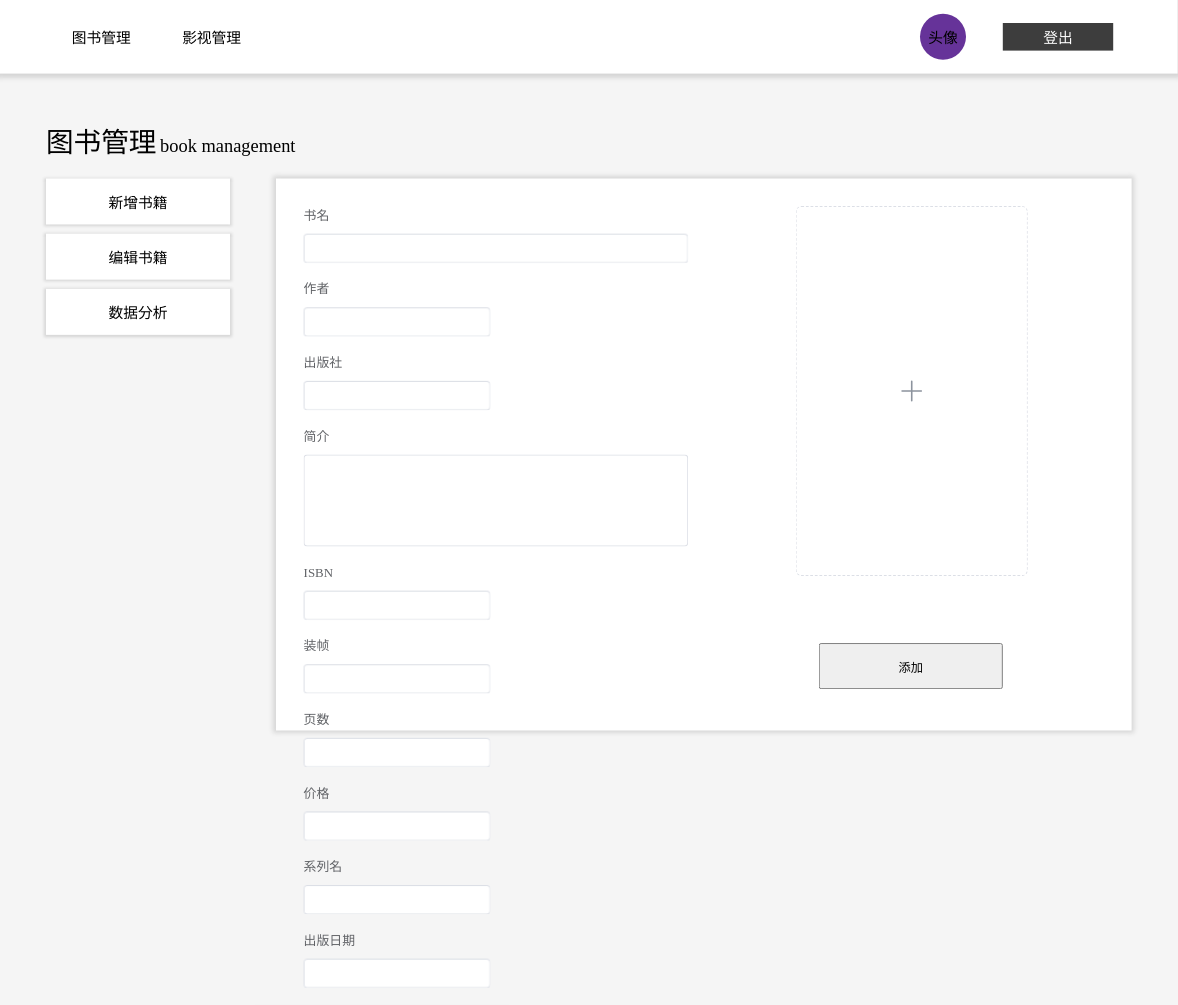
Repository: quanwangniuniu/Oasis-Reading-Platform
Page: /#/admin/books (app in Vue-frontend/)
The author's editor kept a copy of each file at every save. The page is drawn from the files as they stood at one save, then again after the next save.
The browser window is 1280 px wide. The pictures show the whole page, at 92% of full size.
Some web fonts or font styles are not loaded; a fallback is used. The project was rebuilt for these pictures with package versions that can differ from the ones it lists, and the page was loaded fresh each time. Also part of the build but not shown: Vue-frontend/vite.config.js, Vue-frontend/src/components/user/books/BookCard.vue, Vue-frontend/src/components/axios/config.js, Vue-frontend/src/components/axios/api.js, Vue-frontend/src/components/user/books/Books.vue, Vue-frontend/src/components/user/movies/Favourites.vue, Vue-frontend/src/components/user/explore/Explore.vue, Vue-frontend/src/components/user/login/Login.vue and 9 more.

Above is the page before, as saved 2023-04-13 23:25:04.

### Vue-frontend/index.html
<!DOCTYPE html>
<html lang="en">
  <head>
    <meta charset="UTF-8">
    <meta name="viewport" content="width=device-width, initial-scale=1.0">
    <title>Vite App</title>
    <style>
      *{
        padding: 0px;
        margin: 0px;
      }

      body{
        background-color: rgb(245, 245, 245);
      }
    </style>
  </head>
  <body>
    <div id="app"></div>
    <script type="module" src="/src/main.js"></script>
  </body>
</html>

### Vue-frontend/src/main.js
import { createApp } from 'vue'
import ElementPlus from 'element-plus'
import 'element-plus/dist/index.css'
import App from './App.vue'
import router from './components/router/router'
import * as ElementPlusIconsVue from '@element-plus/icons-vue'
import './assets/font/font.css'
import './assets/css/element.css'

const app = createApp(App)
app.use(router)
app.use(ElementPlus)
app.mount('#app')
for (const [key, component] of Object.entries(ElementPlusIconsVue)) {
    app.component(key, component)
  }

### Vue-frontend/src/App.vue
<script setup>
import Test from './components/Test.vue';
</script>

<template>
  <div>
    <router-view></router-view>
  </div>
</template>

<style scoped>
</style>

### Vue-frontend/src/components/router/router.js
import {createRouter, createWebHashHistory} from 'vue-router'
import Books from '../user/books/Books.vue'
import Movies from '../user/movies/Favourites.vue'
import Explore from '../user/explore/Explore.vue'
import Login from '../user/login/Login.vue'
import SpecificBook from '../user/books/SpecificBook.vue'
import User from '../User.vue'
import Admin from '../Admin.vue'
import UserInfo from '../user/info/UserInfo.vue'
import BookSearch from '../user/books/BookSearch.vue'
import Transit from '../user/books/Transit.vue'
import BookManagement from '../admin/bookManagement/BookManagement.vue'
import MovieManagement from '../admin/movieManagement/MovieManagement.vue'

import {checkUser} from './utils.js'

const router = createRouter({
    history: createWebHashHistory(),
    routes:[
        {path:'/user', component: User, alias:['/'], children:[
            {path:'books', component: Books},
            {path:'search',name:'search', component: BookSearch},
            {path:'transit',name:'transit', component: Transit},
            {path:'books/:id', component: SpecificBook,beforeEnter: checkUser},
            {path:'movies', component: Movies},
            {path:'explore', component: Explore},
            {path:'login', component: Login},
            {path:'info', component: UserInfo, beforeEnter: checkUser},
        ]},
        {path:'/admin', component: Admin,children:[
            {path:'books', component: BookManagement},
            {path:'movies', component: MovieManagement}
        ]}
    ]
})

export default router

### Vue-frontend/src/assets/font/font.css

  @font-face {
    font-family: siyuansongti;
    src: url(./Source_Han_Serif_SC_Light_Light.otf);
    font-weight: normal;
    font-style: normal;
  }

### Vue-frontend/src/assets/css/element.css
.el-textarea__inner{
    resize: none;
    height: 100px;
}


.el-upload{
    height:400px;
    width:250px;
  }

### Vue-frontend/src/components/Test.vue
<template>
  <el-upload
    class="avatar-uploader"
    action="http://127.0.0.1:5000/uploadCover"
    :show-file-list="false"
    :on-success="handleAvatarSuccess"
    :before-upload="beforeAvatarUpload"
  >
    <img v-if="imageUrl" :src="imageUrl" class="avatar" />
    <el-icon v-else class="avatar-uploader-icon"><Plus /></el-icon>
  </el-upload>

  <img src="http://127.0.0.1:5000/images/1681397591940.jpg">
</template>

<script lang="ts" setup>
import { ref } from 'vue'
import { ElMessage } from 'element-plus'
import { Plus } from '@element-plus/icons-vue'

import type { UploadProps } from 'element-plus'

const imageUrl = ref('')

const handleAvatarSuccess: UploadProps['onSuccess'] = (
  response,
  uploadFile
) => {
  console.log(response)
  imageUrl.value = URL.createObjectURL(uploadFile.raw!)
}

const beforeAvatarUpload: UploadProps['beforeUpload'] = (rawFile) => {
  if (rawFile.type !== 'image/jpeg') {
    ElMessage.error('Avatar picture must be JPG format!')
    return false
  } else if (rawFile.size / 1024 / 1024 > 2) {
    ElMessage.error('Avatar picture size can not exceed 2MB!')
    return false
  }
  return true
}

</script>

<style scoped>
.avatar-uploader .avatar {
  width: 178px;
  height: 178px;
  display: block;
}
</style>

<style>
.avatar-uploader .el-upload {
  border: 1px dashed var(--el-border-color);
  border-radius: 6px;
  cursor: pointer;
  position: relative;
  overflow: hidden;
  transition: var(--el-transition-duration-fast);
}

.avatar-uploader .el-upload:hover {
  border-color: var(--el-color-primary);
}

.el-icon.avatar-uploader-icon {
  font-size: 28px;
  color: #8c939d;
  width: 178px;
  height: 178px;
  text-align: center;
}

img{
  height: 200px;
  width:200px;
}
</style>

### Vue-frontend/src/components/Admin.vue
<script setup>
import BookManagementVue from './admin/bookManagement/BookManagement.vue';
import AdminHeader from './admin/header/AdminHeader.vue';
</script>

<template>
    <AdminHeader></AdminHeader>
    <router-view></router-view>
</template>

<style scoped>
</style>

### Vue-frontend/src/components/admin/bookManagement/BookManagement.vue
<script setup lang="ts">
import LeftBar from './LeftBar.vue';
import {ref, reactive} from 'vue'
import { ElMessage } from 'element-plus'
import { Plus } from '@element-plus/icons-vue'
import type { UploadProps } from 'element-plus'

const bookItem = reactive({
  title: '',
  author: '',
  publisher: '',
  ISBN: '',
  description: '',
  publish_year: '',
  page:'',
  binding: '',
  price:'',
  seriers:' ',
  url:''
})

const imageUrl = ref('')

const handleAvatarSuccess: UploadProps['onSuccess'] = (
  response,
  uploadFile
) => {
  bookItem.url = response.url
  console.log(bookItem)
  imageUrl.value = URL.createObjectURL(uploadFile.raw!)
}

const beforeAvatarUpload: UploadProps['beforeUpload'] = (rawFile) => {
  if (rawFile.type !== 'image/jpeg') {
    ElMessage.error('Avatar picture must be JPG format!')
    return false
  } else if (rawFile.size / 1024 / 1024 > 2) {
    ElMessage.error('Avatar picture size can not exceed 2MB!')
    return false
  }
  return true
}

</script>

<template>
  <div class="top-container">
    <div class="title">
      <span>图书管理</span>&nbsp;<span>book management</span>
    </div>
  </div>
  <div class="container">
      <LeftBar></LeftBar>
      <div class="panel">
        <div class="book-form">
          <el-form
            label-position="top"
            label-width="100px"
            :model="bookItem"
            style="max-width: 460px"
            :inline="true"
          >
            <el-form-item label="书名" style="width:420px">
              <el-input v-model="bookItem.title" />
            </el-form-item>
            <el-form-item label="作者">
              <el-input v-model="bookItem.author" />
            </el-form-item>
            <el-form-item label="出版社">
              <el-input v-model="bookItem.publisher" />
            </el-form-item>
            <el-form-item label="简介" style="width:420px">
                <el-input v-model="bookItem.description" type="textarea"/>
            </el-form-item>
            <el-form-item label="ISBN">
              <el-input v-model="bookItem.ISBN" />
            </el-form-item>
            <el-form-item label="装帧">
              <el-input v-model="bookItem.binding" />
            </el-form-item>
            <el-form-item label="页数">
              <el-input v-model="bookItem.page" />
            </el-form-item>
            <el-form-item label="价格">
              <el-input v-model="bookItem.price" />
            </el-form-item>
            <el-form-item label="系列名">
              <el-input v-model="bookItem.price" />
            </el-form-item>
            <el-form-item label="出版日期">
              <el-input v-model="bookItem.price" />
            </el-form-item>
          </el-form>
        </div>

        <div class="img-upload-and-submit">
          <div class="img-container">
            <div class="img-upload">
              <el-upload
                class="avatar-uploader"
                action="http://127.0.0.1:5000/uploadCover"
                :show-file-list="false"
                :on-success="handleAvatarSuccess"
                :before-upload="beforeAvatarUpload"
              >
                <img v-if="imageUrl" :src="imageUrl" class="avatar" />
                <el-icon v-else class="avatar-uploader-icon"><Plus /></el-icon>
              </el-upload>
            </div>
          </div>
          <div class="submit">
            <button>添加</button>
          </div>
        </div>
      </div>
  </div>

</template>

<style scoped>
.top-container{
  margin: 50px 50px 0px 50px;
  display: flex;
  justify-content: space-between;
}

.title{
  width: 400px;
  font-family: siyuansongti;
}
.container{
  display: flex;
  margin: 20px 50px 0px 50px
}

.title span:nth-child(1){
  font-size: 30px;
}
.title span:nth-child(2){
  font-size: 20px;
}

.panel{
  box-sizing: border-box;
  flex: 1;
  height: 600px;
  background-color: white;
  box-shadow: 0 0 5px 3px rgb(214, 214, 214);
  padding: 30px;
  display: flex;
}

.book-form{
  width: 450px;
}

.img-upload-and-submit{
  flex: 1;
  /* background-color: rgb(249, 203, 203); */
}

.img-container{
  width: 100%;
  height: 450px;
  /* background-color: rgb(120, 120, 241, 0.1); */
}

.img-upload{
  width: 250px;
  height: 400px;
  /* background-color: red; */
  margin: 0 auto;
}
.avatar{
  width: 250px;
  height: 400px;
}
.submit{
  height: 100px;
  width: 100%;
  display: flex;
  align-items: center;
  justify-content: center;
  /* background-color: green; */
}

.submit button{
  width: 200px;
  height: 50px;
}
</style>

### Vue-frontend/src/components/router/utils.js
export const checkUser = (from, to, next) => {
    if(localStorage.getItem('token') === null){
        next('/login')
    }else{
        next()
    }
}

### Vue-frontend/src/components/admin/header/AdminHeader.vue
<script setup>

let logout = () =>{
    localStorage.clear('token')
    localStorage.clear('type')
}

</script>

<template>
    <div>
        <div class="container">
            <div class="left">
                <div class="nav"><router-link to="/admin/books">图书管理</router-link></div>
                <div class="nav"><router-link to="/admin/movies">影视管理</router-link></div>
            </div>

            <div class="right">
                <div class="nav avata"><router-link to="/info">头像</router-link></div>
                <div class="nav login"><router-link to="/explore" @click="logout">登出</router-link></div>
            </div>

        </div>
    </div>

</template>

<style scoped>
.container{
    height: 80px;
    background-color: white;
    /* 边框模糊效果 */
    box-shadow: 0 0 5px 5px rgb(214, 214, 214);
    /* 开启flex布局 */
    display: flex;
    /* 设置元素靠右排列 */
    justify-content: space-between;
    /* 设置元素垂直居中 */
    align-items: center;
}

.left{
    display: flex;
    /* 设置元素垂直居中 */
    align-items: center;
    padding-left: 50px;
}

.right{
    display: flex;
    /* 设置元素垂直居中 */
    align-items: center;
    padding-right: 50px;
}

.nav{
    width: 80px;
    height: 30px;
    margin-left: 20px;
    margin-right: 20px;
    /* 设置nav内部a标签水平居中 */
    text-align: center;
    /* 开启flex局部 */
    display: flex;
    /* 设置nav内部a标签垂直居中 */
    align-items: center;
}

.nav a{
    width: 80px;
    /* 清除a标签默认样式 */
    text-decoration: none;
    color: black;

}

.login{
    width: 120px;
    background-color: rgb(61, 61, 61);
}

.login a{
    width: 1200px;
    color: white;
}

.avata{
    width: 50px;
    height: 50px;
    border-radius: 50%;
    background-color: rebeccapurple;
}


</style>

### Vue-frontend/src/components/admin/bookManagement/LeftBar.vue
<script setup>

</script>

<template>
    <div class="leftbar-container">
        <div class="card">
            新增书籍
        </div>
        <div class="card">
            编辑书籍
        </div>
        <div class="card">
            数据分析
        </div>
    </div>

</template>

<style scoped>
.leftbar-container{
    width: 250px;
    height: 600px;
}

.card{
    width: 200px;
    height: 50px;
    background: white;
    /* 设置卡片阴影 */
    box-shadow: 0px 1px 3px 2px rgb(214, 214, 214);
    /* 开启flex布局 文字水平垂直居中 */
    display: flex;
    justify-content: center;
    align-items:center;
    margin-bottom: 10px;
}

.card:hover{
    transform:scale(1.1);
}
</style>

After the next save:
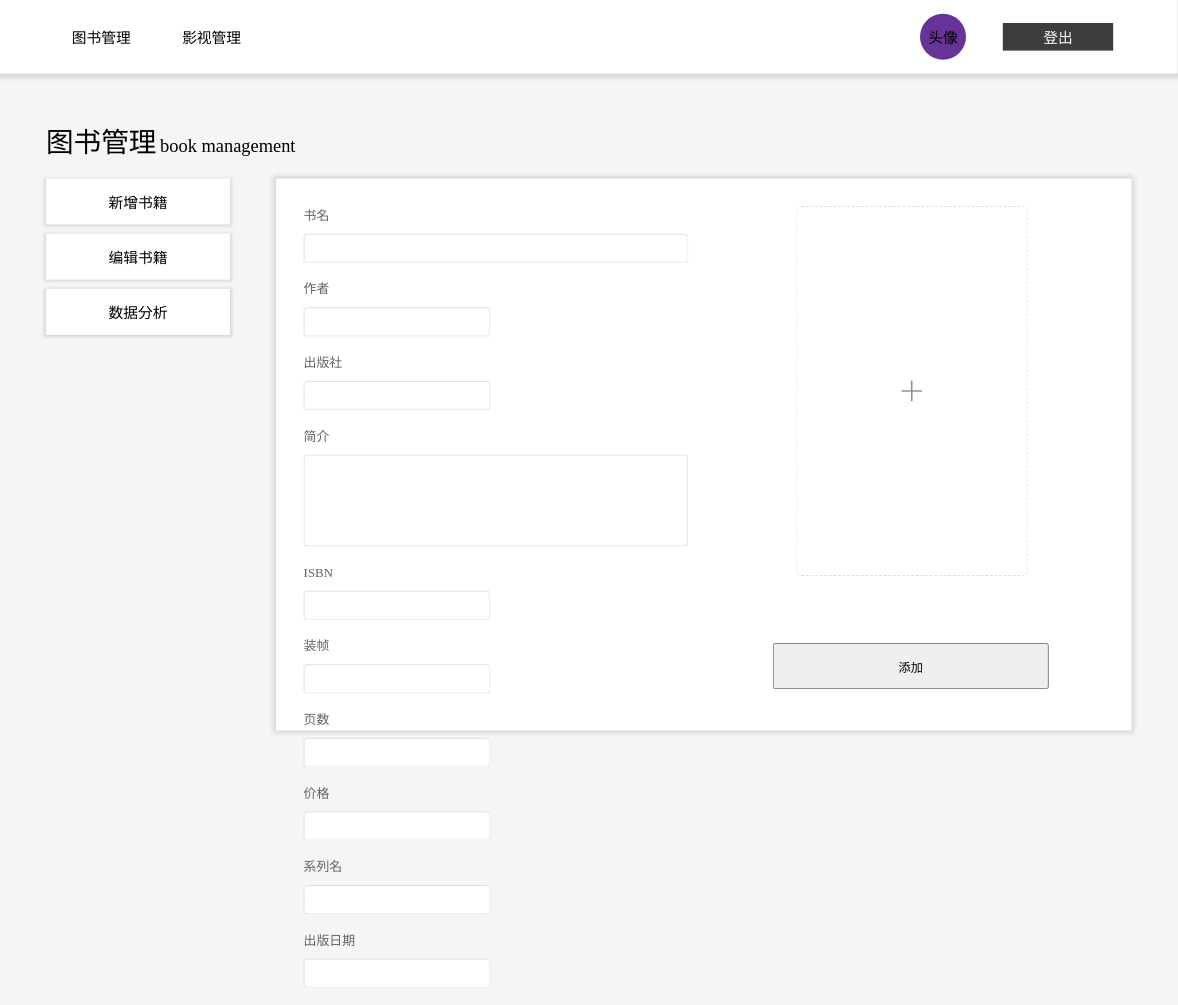
Saved 6 s later.
--- a/Vue-frontend/src/components/admin/bookManagement/BookManagement.vue
+++ b/Vue-frontend/src/components/admin/bookManagement/BookManagement.vue
@@ -185,7 +185,7 @@ const beforeAvatarUpload: UploadProps['beforeUpload'] = (rawFile) => {
 }
 
 .submit button{
-  width: 200px;
+  width: 300px;
   height: 50px;
 }
 </style>
